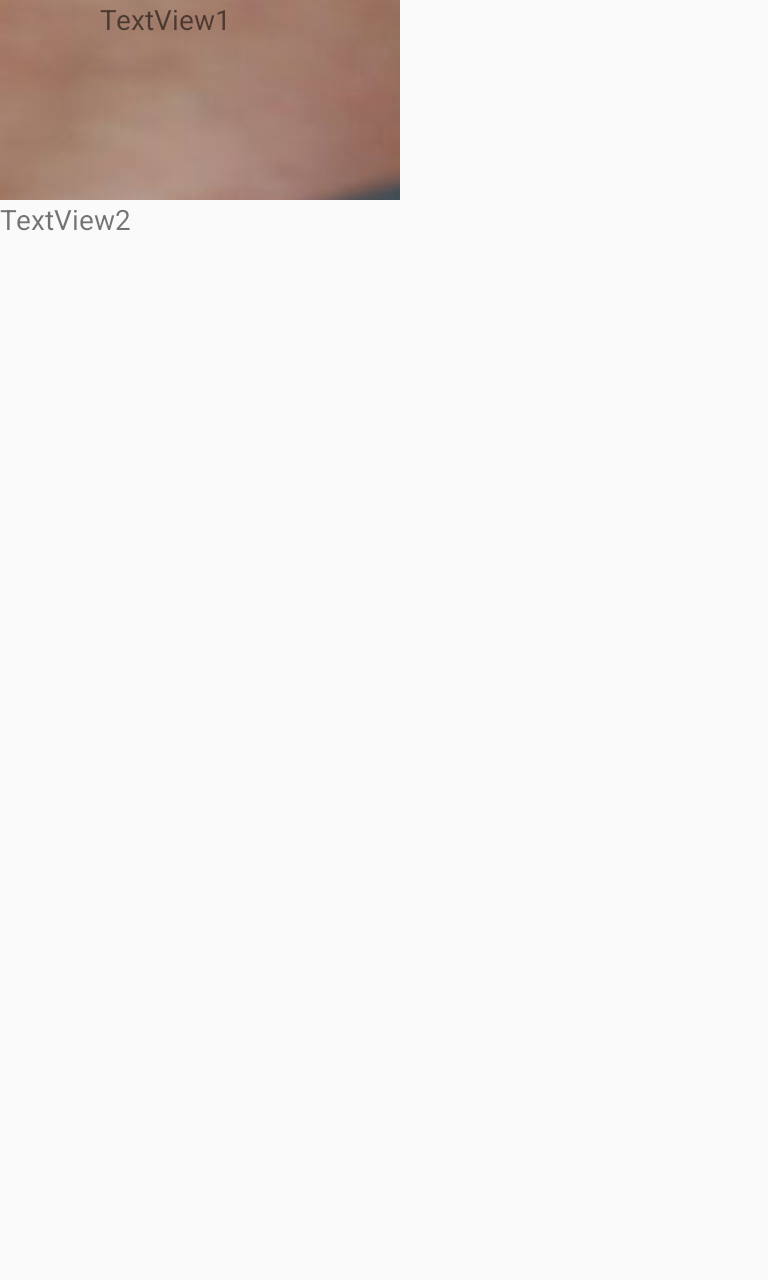
Repository: mjchow/qiuyi
Layout: demo1/res/layout/activity_main.xml
These files come from the project's save history. The layout is drawn as it stood at one moment and after the next save; the edit follows.
It is drawn on a 768 x 1280 px phone screen (xhdpi) without system bars, with theme AppTheme; the app's code is not run.

Above is the layout before, as saved 2014-12-25 15:27:07.

### demo1/res/layout/activity_main.xml
<FrameLayout xmlns:android="http://schemas.android.com/apk/res/android"
    xmlns:tools="http://schemas.android.com/tools"
    android:id="@+id/container"
    android:layout_width="match_parent"
    android:layout_height="match_parent"
    tools:context="com.example.demo1.MainActivity"
    tools:ignore="MergeRootFrame" >

    <ImageView
         android:id="@+id/imageview1"
         android:layout_width="200dp"
         android:layout_height="100dp"
         android:background="#F00"
         android:scaleType="center"
         android:src="@drawable/ydt1" />
    <TextView
        android:id="@+id/textView1"
        android:layout_width="wrap_content"
        android:layout_height="wrap_content"
        android:layout_marginLeft = "50dp"
        android:text="TextView1" />

    <TextView
        android:id="@+id/textView2"
        android:layout_marginTop="100dp"
        android:layout_width="wrap_content"
        android:layout_height="wrap_content"
        android:text="TextView2" />

</FrameLayout>

Loaded but not shown: demo1/res/values/styles.xml (common file); demo1/res/values-v11/styles.xml (common file); demo1/res/values-v14/styles.xml (common file)

After the next save:
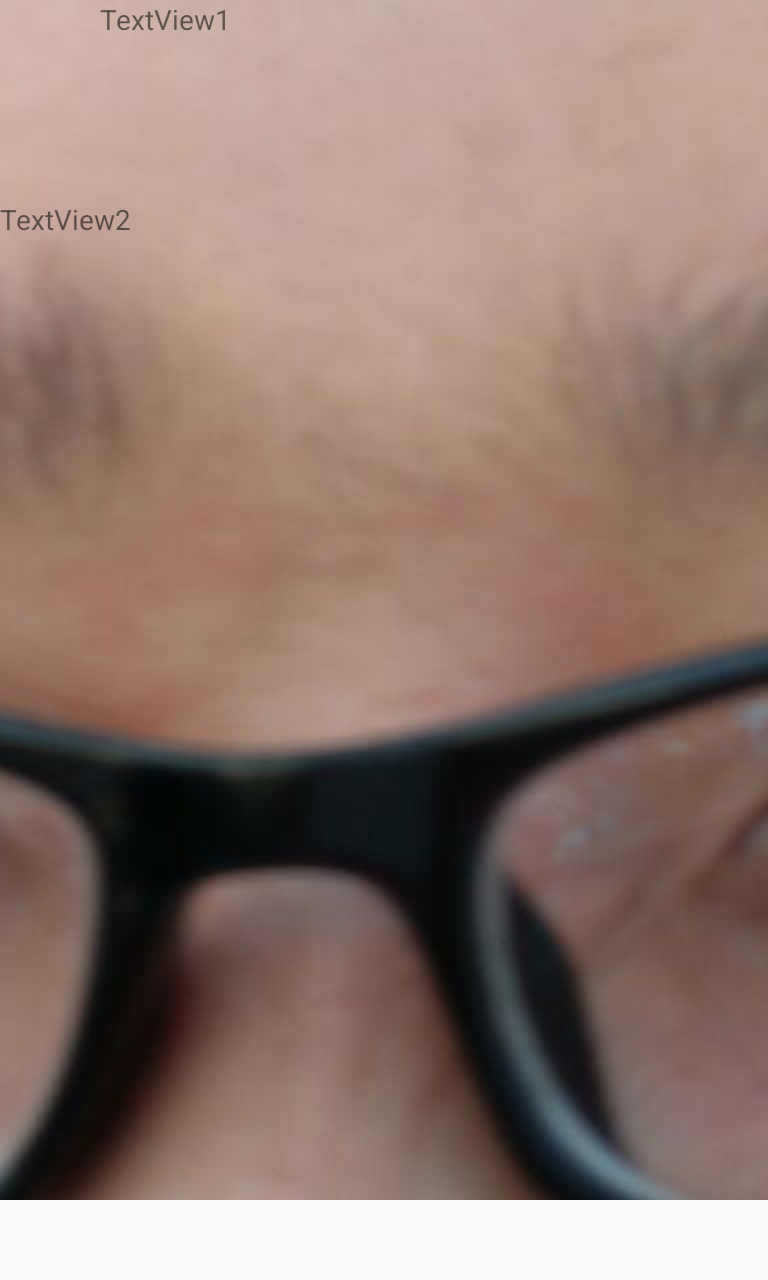
Saved 40 s later.
--- a/demo1/res/layout/activity_main.xml
+++ b/demo1/res/layout/activity_main.xml
@@ -8,8 +8,8 @@
 
     <ImageView
          android:id="@+id/imageview1"
-         android:layout_width="200dp"
-         android:layout_height="100dp"
+         android:layout_width="400dp"
+         android:layout_height="600dp"
          android:background="#F00"
          android:scaleType="center"
          android:src="@drawable/ydt1" />
